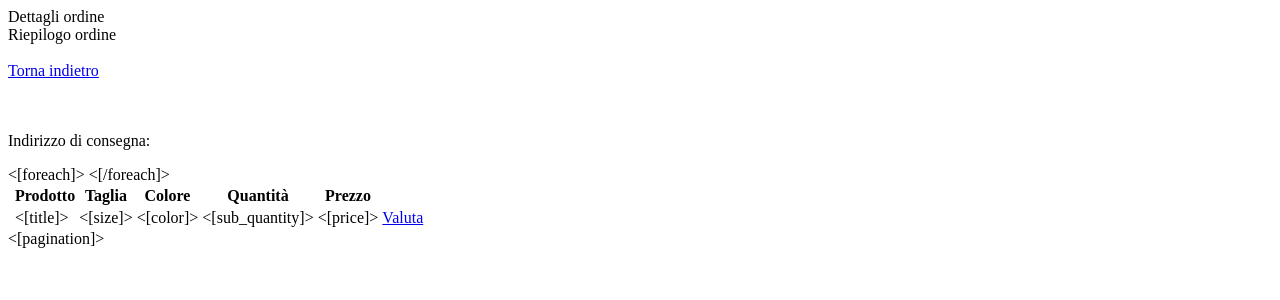
Repository: i4c0ni99/MotorShop
Page: skins/motor-html-package/motor/my-orders.html
The author's editor kept a copy of each file at every save. The page is drawn from the files as they stood at one save, then again after the next save.
The browser window is 1280 px wide. The pictures show the whole page.

Above is the page before, as saved 2024-10-22 09:46:42.

### skins/motor-html-package/motor/my-orders.html
<div class="mv-site">
    <section class="main-banner mv-wrap">
        <section data-image-src="images/background/demo_bg_1920x1680.png" class="mv-banner-style-1 mv-bg-overlay-dark overlay-0-85 mv-parallax">
            <div class="page-name mv-caption-style-6">
                <div class="container">
                    <div class="mv-title-style-9"><span class="main">Dettagli ordine</span></div>
                </div>
            </div>
        </section>
    </section>
    <!-- .main-banner -->

    <section class="mv-main-body checkout-main mv-bg-gray mv-wrap">
        <div class="container">

            <div class="checkout-block block-billing-address mv-mb-50">
                <div class="mv-form-style-2 mv-box-shadow-gray-1">
                    <div class="row">
                        <div class="col-sm-12 col-billing-address">

                            <div class="form-header">
                                <div class="mv-title-style-13">
                                    <div class="text-main">Riepilogo ordine</div>
                                </div>
                                <br>
                                <div class="col-lg-6 text-right">
                                    <a href="/MotorShop/customer-dashboard.php" class="btn btn-success">Torna indietro</a>
                                </div>
                                <br>
                            </div>
                            <br>
                            <p>Indirizzo di consegna: </p>
                            <div class="table-responsive table-desi">
                                <table class="all-package coupon-table table table-striped">
                                    <thead>
                                        <tr>
                                            <th></th>
                                            <th>Prodotto</th>
                                            <th>Taglia</th>
                                            <th>Colore</th>
                                            <th>Quantità</th>
                                            <th>Prezzo</th>
                                            <th></th>
                                        </tr>
                                    </thead>
                                    <tbody>
                                        <[foreach]>
                                        <tr>
                                            <td></td>
                                            <td><[title]></td>
                                            <td><[size]></td>
                                            <td><[color]></td>
                                            <td><[sub_quantity]></td>
                                            <td><[price]></td>
                                            <td><a href="/MotorShop/product-detail?id=<[product_id]>" class="btn btn-primary">Valuta</a></td>
                                        </tr>
                                        <[/foreach]>
                                    </tbody>
                                </table>
                            </div>

                            <!-- Paginazione -->
                            <div class="pagination">
                                <[pagination]>
                            </div>
                            <br>
                        </div>
                    </div>
                </div>
            </div>

        </div>
    </section>
    <!-- .checkout-main -->
</div>
<!-- .mv-site -->

After the next save:
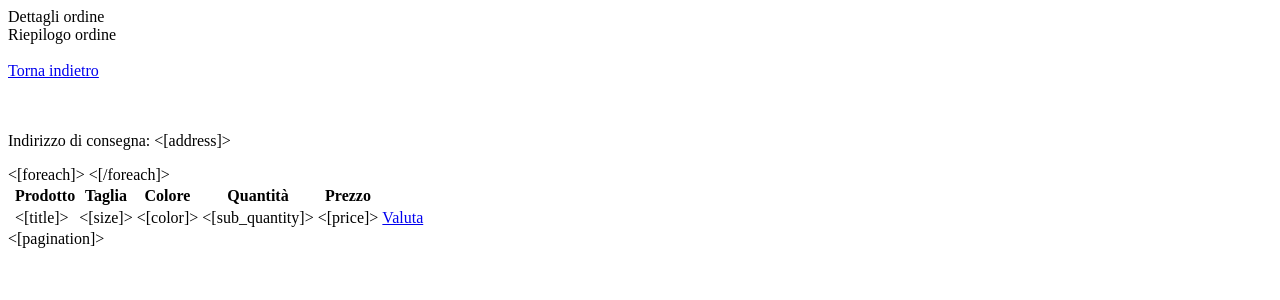
Saved 4 s later.
--- a/skins/motor-html-package/motor/my-orders.html
+++ b/skins/motor-html-package/motor/my-orders.html
@@ -29,7 +29,7 @@
                                 <br>
                             </div>
                             <br>
-                            <p>Indirizzo di consegna: </p>
+                            <p>Indirizzo di consegna: <[address]></p>
                             <div class="table-responsive table-desi">
                                 <table class="all-package coupon-table table table-striped">
                                     <thead>
